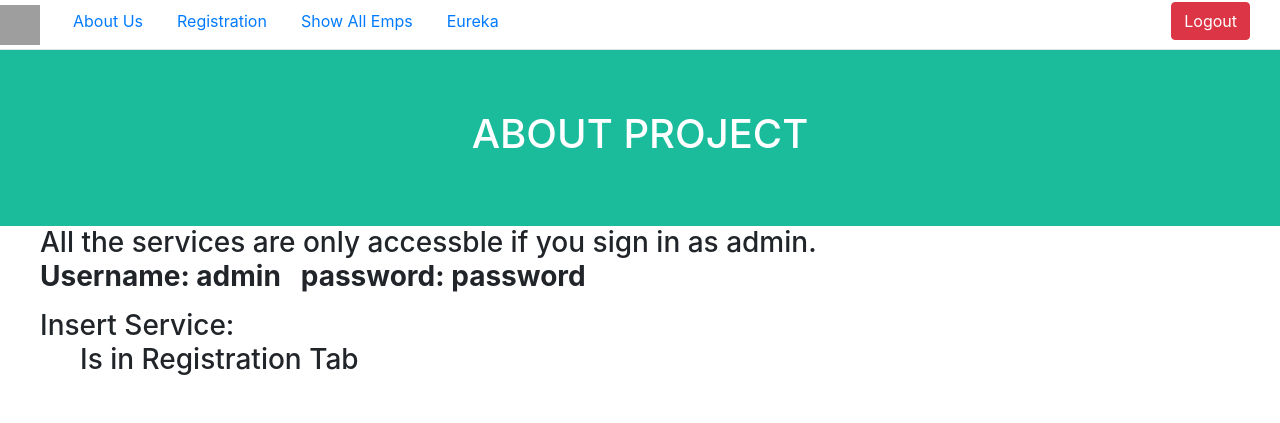
Repository: Shwetank-Chaudhary/EmployeeManagement-
Page: HomePage/src/main/webapp/AboutUs.html
These files come from the project's save history. The page is drawn as it stood at one moment and after the next save; the edit follows.
The browser window is 1280 px wide. The pictures show the whole page.
Pictures or frames that could not be fetched are drawn as grey boxes.

Above is the page before, as saved 2024-01-01 17:13:52.

After the next save:
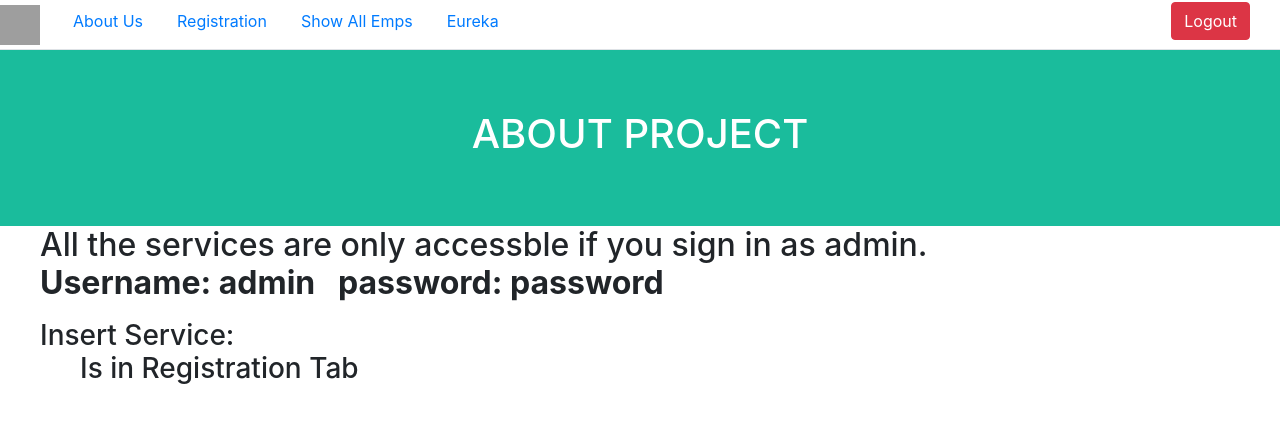
Saved 14 s later.
--- a/HomePage/src/main/webapp/AboutUs.html
+++ b/HomePage/src/main/webapp/AboutUs.html
@@ -54,8 +54,8 @@
 	<div class="header">
 		<h1>ABOUT PROJECT</h1>
 	</div>
-		<ul><h3>All the services are only accessble if you sign in as admin.<br>
-		<b>Username: admin &nbsp; password: password</b></h3></ul>
+		<ul><h2>All the services are only accessble if you sign in as admin.<br>
+		<b>Username: admin &nbsp; password: password</b></h2></ul>
 		<h3><ul>Insert Service:
 			<ul>Is in Registration Tab</ul>
 		</ul>
